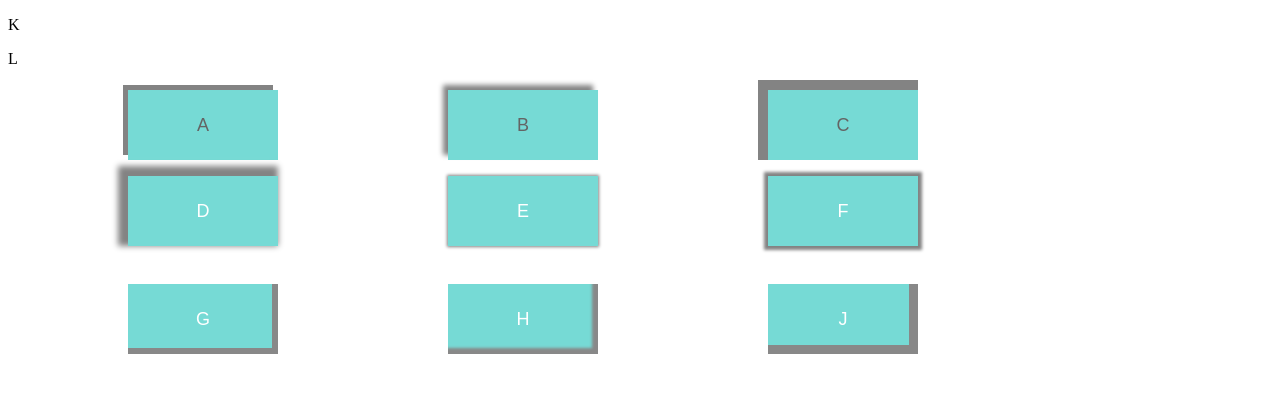
Repository: ThePerez/ArgProg
Page: Practicas ArgProg/Practica 3/Ejercicio 8/index.html
The author's editor kept a copy of each file at every save. The page is drawn from the files as they stood at one save, then again after the next save.
The browser window is 1280 px wide. The pictures show the whole page.

Above is the page before, as saved 2023-03-20 18:21:30.

### Practicas ArgProg/Practica 3/Ejercicio 8/index.html
<!DOCTYPE html>
<html lang="en">
<head>
     <meta charset="UTF-8">
     <meta http-equiv="X-UA-Compatible" content="IE=edge">
     <meta name="viewport" content="width=device-width, initial-scale=1.0">
     <title>Ejercicio 8</title>
     <link rel="stylesheet" href="styles.css">
</head>
<body>
     <p class="a">A</p>
     <p class="b">B</p>
     <p class="c">C</p>
     <p class="d">D</p>
     <p class="e">E</p>
     <p class="f">F</p>

     <p class="g">G</p>
     <p class="h">H</p>
     <p class="i">I</p>
     <p class="j">J</p>
     <p class="k">K</p>
     <p class="l">L</p>
</body>
</html>

### Practicas ArgProg/Practica 3/Ejercicio 8/styles.css
.a {
     font-family: sans-serif;
     font-family: Century Gothic, CenturyGothic, AppleGothic, sans-serif;
     color: #646464;
     font-size: 18px;
     background: rgb(118, 218, 213);
     box-shadow: -5px -5px 0px   #838383;
     width: 150px;
     height: 70px;
     position: absolute;
     top: 10%;
     left: 10%;
     display: flex;
     justify-content: center;
     align-items: center;
}

.b {
     font-family: sans-serif;
     font-family: Century Gothic, CenturyGothic, AppleGothic, sans-serif;
     color: #646464;
     font-size: 18px;
     background: rgb(118, 218, 213);
     box-shadow: -5px -5px 5px   #838383;
     width: 150px;
     height: 70px;
     position: absolute;
     top: 10%;
     left: 35%;
     display: flex;
     justify-content: center;
     align-items: center;
}

.c {
     font-family: sans-serif;
     font-family: Century Gothic, CenturyGothic, AppleGothic, sans-serif;
     color: #646464;
     font-size: 18px;
     background: rgb(118, 218, 213);
     box-shadow: -5px -5px 0px 5px #838383;
     width: 150px;
     height: 70px;
     position: absolute;
     top: 10%;
     left: 60%;
     display: flex;
     justify-content: center;
     align-items: center;
}

.d {
     font-family: sans-serif;
     font-family: Century Gothic, CenturyGothic, AppleGothic, sans-serif;
     color: #ffffff;
     font-size: 18px;
     background: rgb(118, 218, 213);
     box-shadow: -5px -5px 6px 5px #838383;
     width: 150px;
     height: 70px;
     position: absolute;
     top: 22%;
     left: 10%;
     display: flex;
     justify-content: center;
     align-items: center;
}

.e {
     font-family: sans-serif;
     font-family: Century Gothic, CenturyGothic, AppleGothic, sans-serif;
     color: #ffffff;
     font-size: 18px;
     background: rgb(118, 218, 213);
     box-shadow: 0px 0px 3px 1px #838383;
     width: 150px;
     height: 70px;
     position: absolute;
     top: 22%;
     left: 35%;
     display: flex;
     justify-content: center;
     align-items: center;
}

.f {
     font-family: sans-serif;
     font-family: Century Gothic, CenturyGothic, AppleGothic, sans-serif;
     color: #ffffff;
     font-size: 18px;
     background: rgb(118, 218, 213);
     box-shadow: 0px 0px 3px 4px #838383;
     width: 150px;
     height: 70px;
     position: absolute;
     top: 22%;
     left: 60%;
     display: flex;
     justify-content: center;
     align-items: center;
}

.g {
     font-family: sans-serif;
     font-family: Century Gothic, CenturyGothic, AppleGothic, sans-serif;
     color: #ffffff;
     font-size: 18px;
     background: rgb(118, 218, 213);
     box-shadow: inset -5px -5px 0px 1px #888;
     width: 150px;
     height: 70px;
     position: absolute;
     top: 37%;
     left: 10%;
     display: flex;
     justify-content: center;
     align-items: center;
}

.h {
     font-family: sans-serif;
     font-family: Century Gothic, CenturyGothic, AppleGothic, sans-serif;
     color: #ffffff;
     font-size: 18px;
     background: rgb(118, 218, 213);
     box-shadow: inset -5px -5px 3px 1px #888;;
     width: 150px;
     height: 70px;
     position: absolute;
     top: 37%;
     left: 35%;
     display: flex;
     justify-content: center;
     align-items: center;
}

.i {
     font-family: sans-serif;
     font-family: Century Gothic, CenturyGothic, AppleGothic, sans-serif;
     color: #ffffff;
     font-size: 18px;
     background: rgb(118, 218, 213);
     box-shadow: inset -5px -5px 0px 4px #888;;
     width: 150px;
     height: 70px;
     position: absolute;
     top: 37%;
     left: 60%;
     display: flex;
     justify-content: center;
     align-items: center;
}

.j {
     font-family: sans-serif;
     font-family: Century Gothic, CenturyGothic, AppleGothic, sans-serif;
     color: #ffffff;
     font-size: 18px;
     background: rgb(118, 218, 213);
     box-shadow: inset -5px -5px 0px 4px #888;;
     width: 150px;
     height: 70px;
     position: absolute;
     top: 37%;
     left: 60%;
     display: flex;
     justify-content: center;
     align-items: center;
}

After the next save:
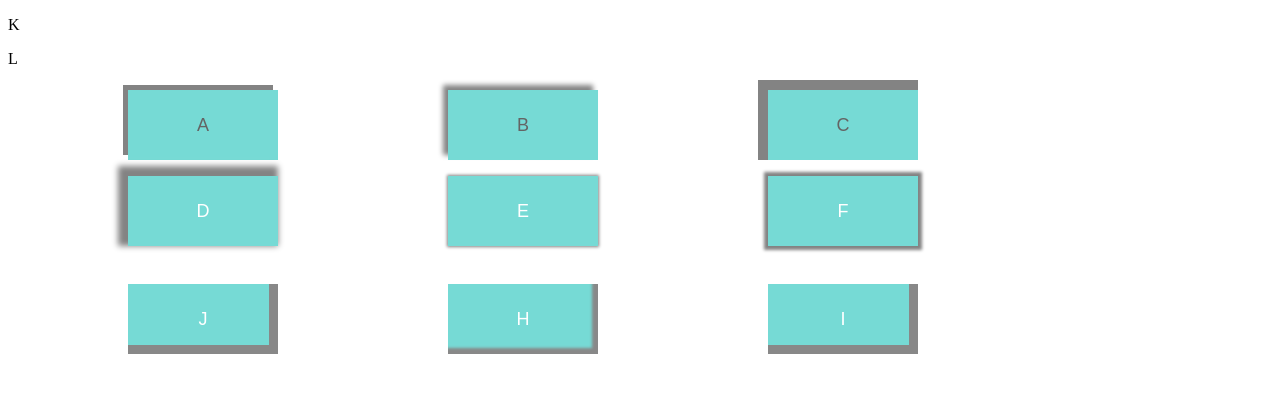
Saved 6 s later.
--- a/Practicas ArgProg/Practica 3/Ejercicio 8/styles.css
+++ b/Practicas ArgProg/Practica 3/Ejercicio 8/styles.css
@@ -162,7 +162,7 @@
      height: 70px;
      position: absolute;
      top: 37%;
-     left: 60%;
+     left: 10%;
      display: flex;
      justify-content: center;
      align-items: center;
